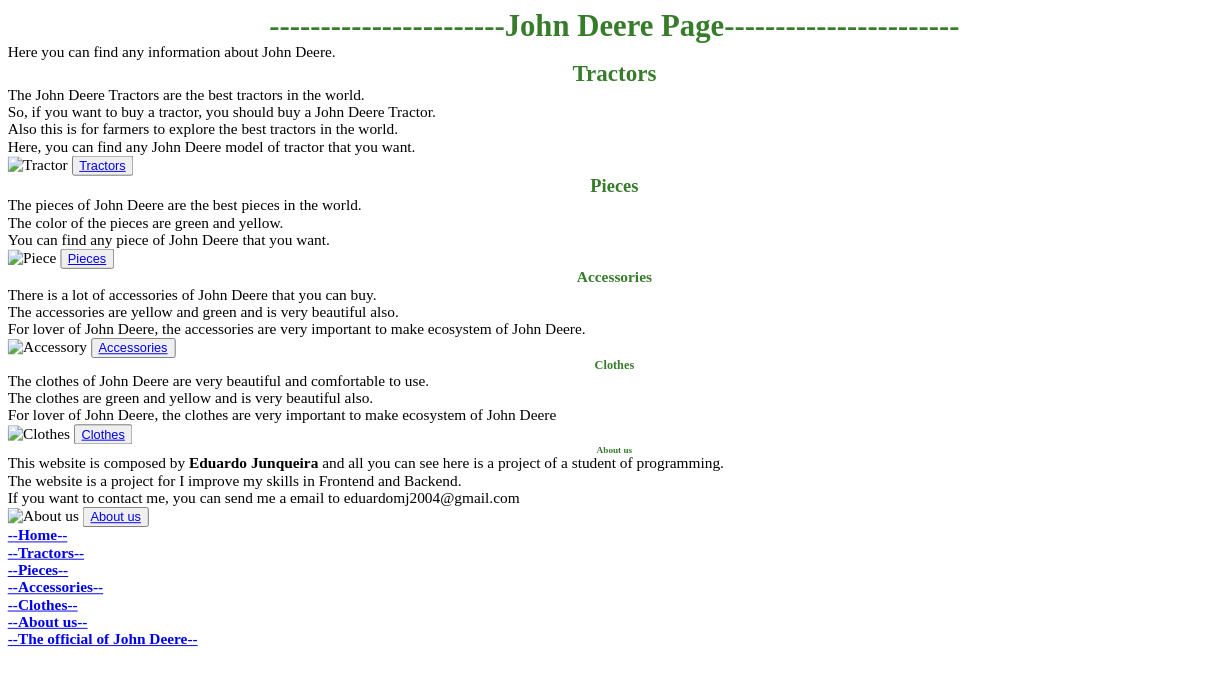
Repository: EduardoJunqueira2004/WEBJohnDeere
Page: HTML/index.html
An editor plug-in stored every save of this project. The page is shown before and after a run of saves, followed by the edit.
The browser window is 1280 px wide. The pictures show the whole page, at 96% of full size.

Above is the page before, as saved 2024-12-07 15:54:59.

After the next 2 saves:
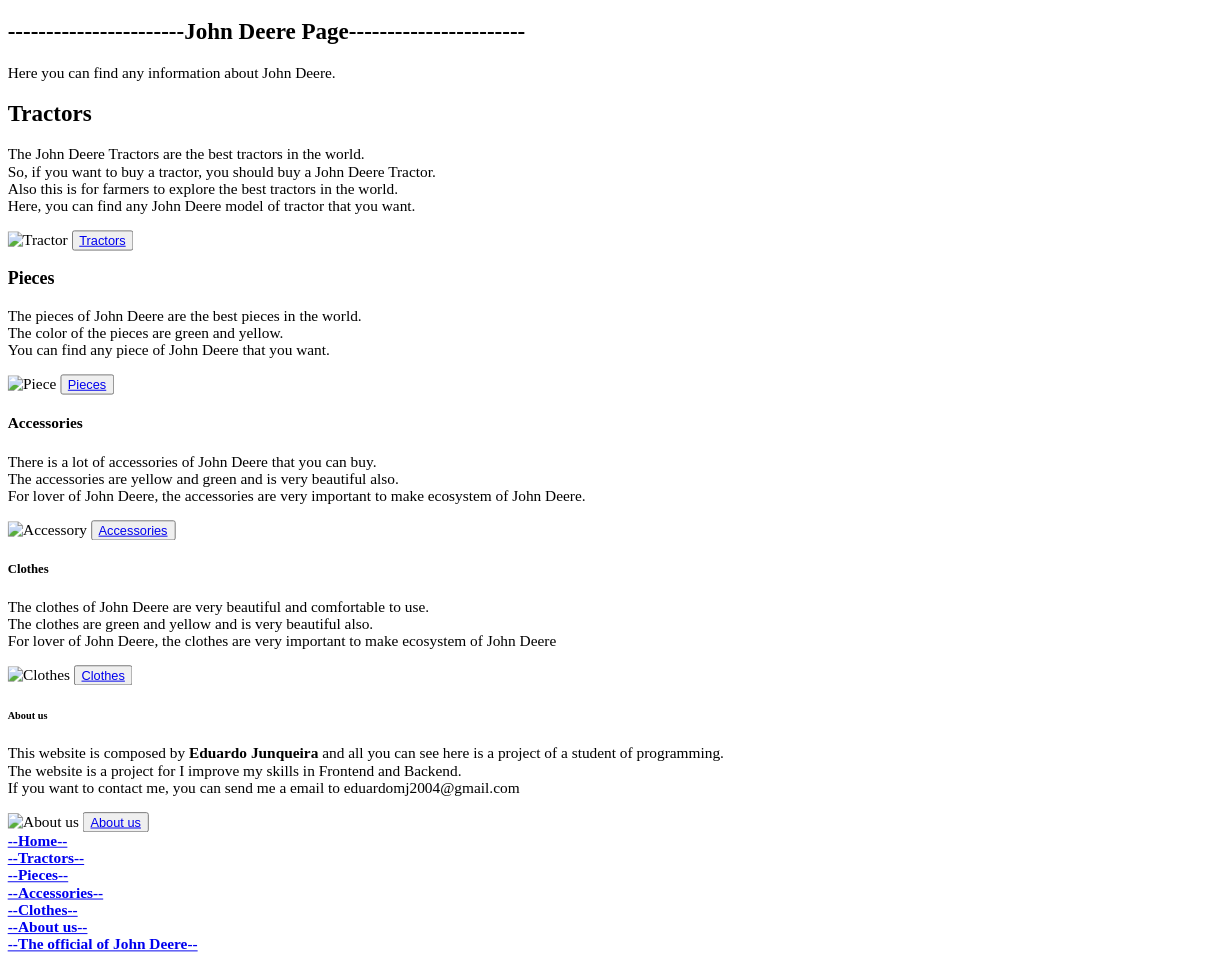
The 2 saves are shown as one change because they came seconds apart.
The last was saved 11 min 32 s later.
--- a/HTML/index.html
+++ b/HTML/index.html
@@ -8,7 +8,7 @@
     <!--Home Page of the WebSite-->
     <title>Index.html</title>
     <!--CSS file for styling the webpage -->
-    <link rel="stylesheet" href="/CSS/index.css">
+    <link rel="stylesheet" href="/">
 </head>
 <body>
 <main>
